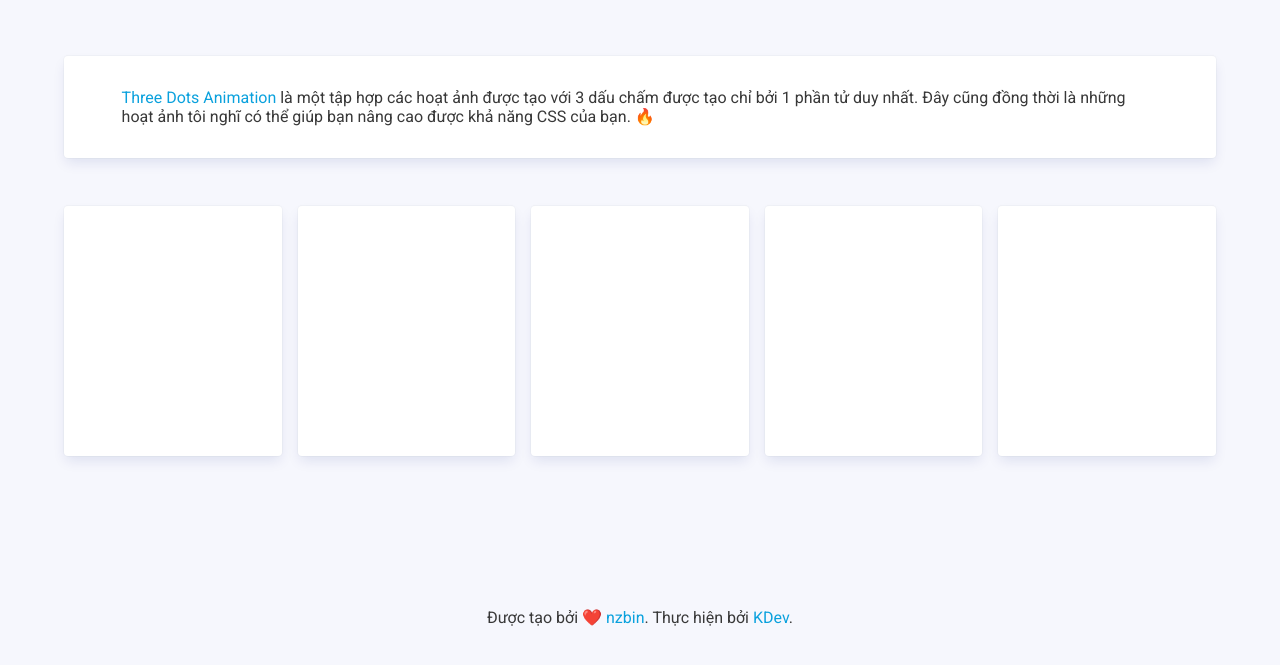
Repository: haokiet2501/lazy-loader-animation
Page: index.html
These files come from the project's save history. The page is drawn as it stood at one moment and after the next save; the edit follows.
The browser window is 1280 px wide. The pictures show the whole page.
The style sheet was rebuilt from its Sass, Less or Tailwind sources for each picture, by a compiler version that may differ from the author's.

Above is the page before, as saved 2022-05-06 19:54:48.

### index.html
<!DOCTYPE html>
<html lang="en">
<head>
    <meta charset="UTF-8">
    <meta http-equiv="X-UA-Compatible" content="IE=edge">
    <meta name="viewport" content="width=device-width, initial-scale=1.0">
    <link rel="shortcut icon" href="image/KDEV.png" type="image/x-icon">
    <link rel="stylesheet" href="sass/css/styles.css">
    <title>Three Dots Animation</title>
</head>
<body>
    <div class="container">
        <div class="title">
            <a href="/" target="_blank">Three Dots Animation</a> là một tập hợp các hoạt ảnh được tạo với 3 dấu chấm được tạo chỉ bởi 1 phần tử duy nhất. Đây cũng đồng thời là những hoạt ảnh tôi nghĩ có thể giúp bạn nâng cao được khả năng CSS của bạn. 🔥
        </div>

        <div class="row">
            <div class="box">
                <div class="stage">

                </div>
            </div>
            <div class="box">
                <div class="stage">

                </div>
            </div>
            <div class="box">
                <div class="stage">

                </div>
            </div>
            <div class="box">
                <div class="stage">

                </div>
            </div>
            <div class="box">
                <div class="stage">

                </div>
            </div>
        </div>

        <footer class="footer">
            <p>
                Được tạo bởi ❤️ <a href="https://github.com/nzbin" target="_blank">nzbin</a>.
                Thực hiện bởi <a href="/" target="_blank">KDev</a>.
            </p>
        </footer>
    </div>
</body>
</html>

### sass/styles.scss
@import 'base/base';

$color-text: #383838;
$color-line: #50dfdb;

.container {
    padding: 2rem 4rem;
}

.title {
    background: #fff;
    padding: 2rem 5%;
    margin: 1.5rem 0;
    box-shadow: 0 .4rem .8rem -.1rem rgba(0, 32, 128, .1), 0 0 0 1px #f0f2f7;
    border-radius: .25rem;
    color: $color-text;
}

.box {
    position: relative;
    height: 250px;
    background: #fff;
    padding: 2rem 5%;
    margin: 1.5rem 0;
    box-shadow: 0 .4rem .8rem -.1rem rgba(0, 32, 128, .1), 0 0 0 1px #f0f2f7;
    border-radius: .25rem;
}

.box::before {
    content: '';
    position: absolute;
    width: 150px;
    height: 100%;
    background: linear-gradient(#A85CF9, );
}

.row {
    display: grid;
    grid-template-columns: repeat(auto-fill, minmax(184px, 1fr));
    gap: 24px 16px;
}

.footer {
    display: flex;
    justify-content: center;
    align-items: center;
    margin: 128px 0 20px;
}

.footer > p {
    color: $color-text;
}

### sass/base/_base.scss
@import url('https://fonts.googleapis.com/css2?family=Roboto:wght@300;400;500;700&display=swap');

*, ::before, ::after {
    margin: 0;
    padding: 0;
    box-sizing: border-box;
}

html, body {
    scroll-behavior: smooth;
    font-family: 'Roboto', sans-serif;
    background: #f6f7fd;
    height: 100%;
    overflow: auto;
}

a {
    text-decoration: none;
    color: #0AA1DD;
}

After the next save:
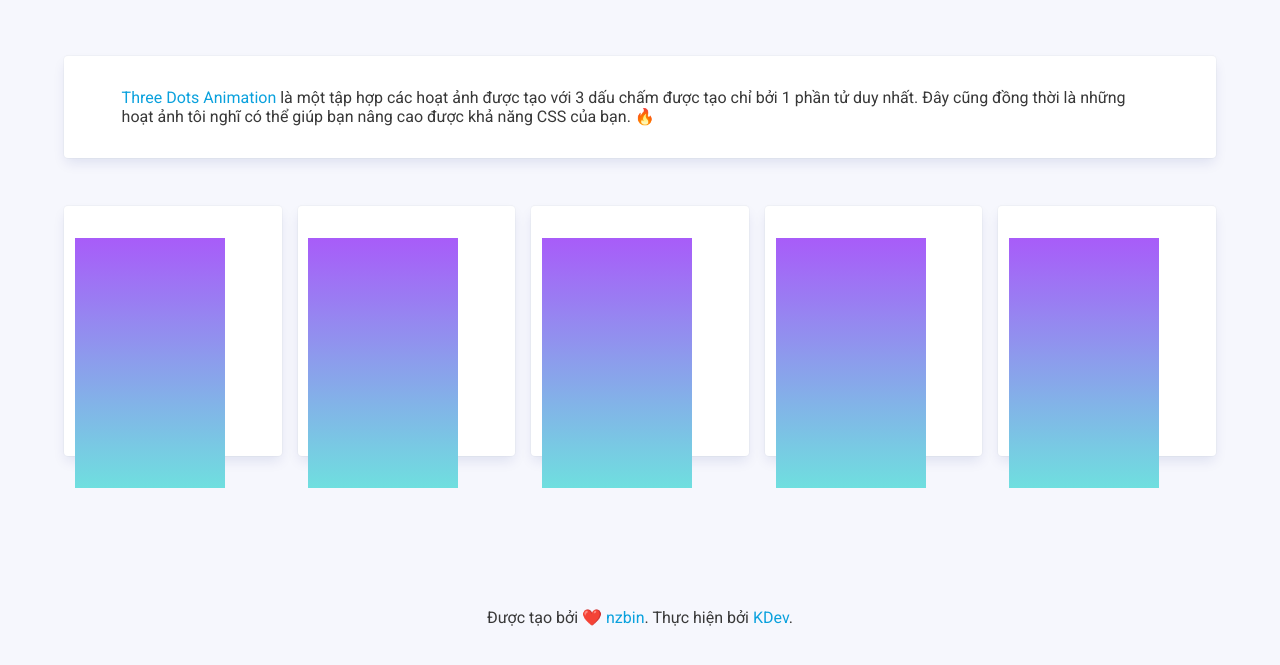
Saved 4 s later.
--- a/sass/styles.scss
+++ b/sass/styles.scss
@@ -31,7 +31,7 @@ $color-line: #50dfdb;
     position: absolute;
     width: 150px;
     height: 100%;
-    background: linear-gradient(#A85CF9, );
+    background: linear-gradient(#A85CF9, #6FDFDF);
 }
 
 .row {
